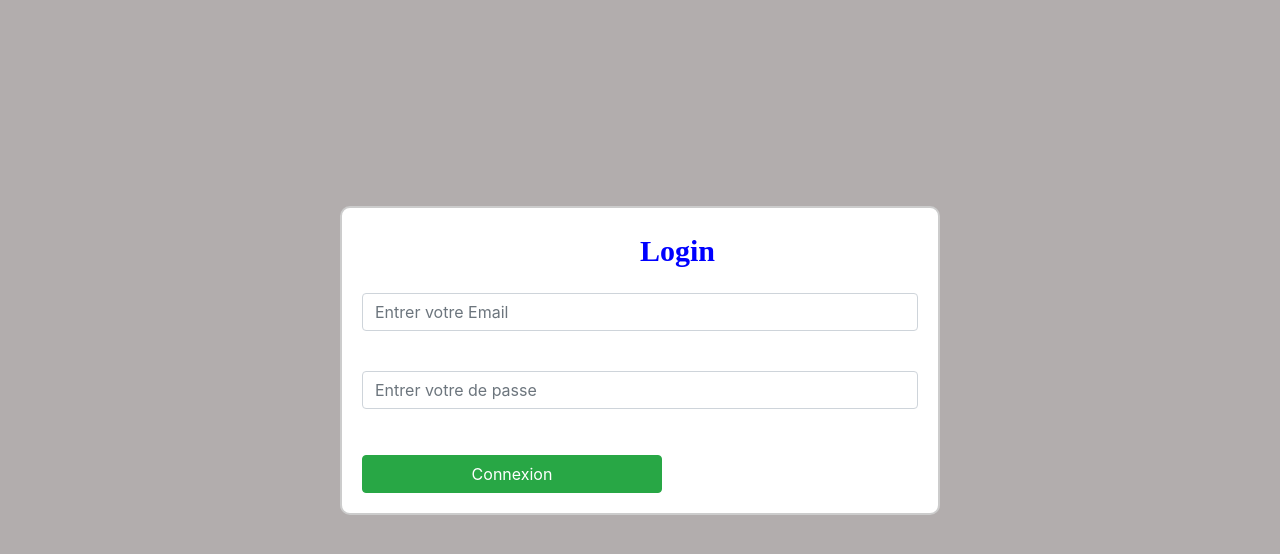
Repository: DiaryRz/FrontWeb
Page: /
These files come from the project's save history. The page is drawn as it stood at one moment and after a run of saves; the edit follows.
The browser window is 1280 px wide. The pictures show the whole page.
The project was rebuilt for these pictures with package versions that can differ from the ones it lists, and the page was loaded fresh each time. Also part of the build but not shown: src/component/css/Header.css, src/component/Header.jsx, src/page/css/AppAffichage.css, src/component/css/NavBar.css, src/component/NavBar.jsx, src/component/css/Model.css, src/component/InsertModel.jsx, src/page/AppAffichage.jsx and 26 more.

Above is the page before, as saved 2024-01-28 21:05:25.

After the next 2 saves:
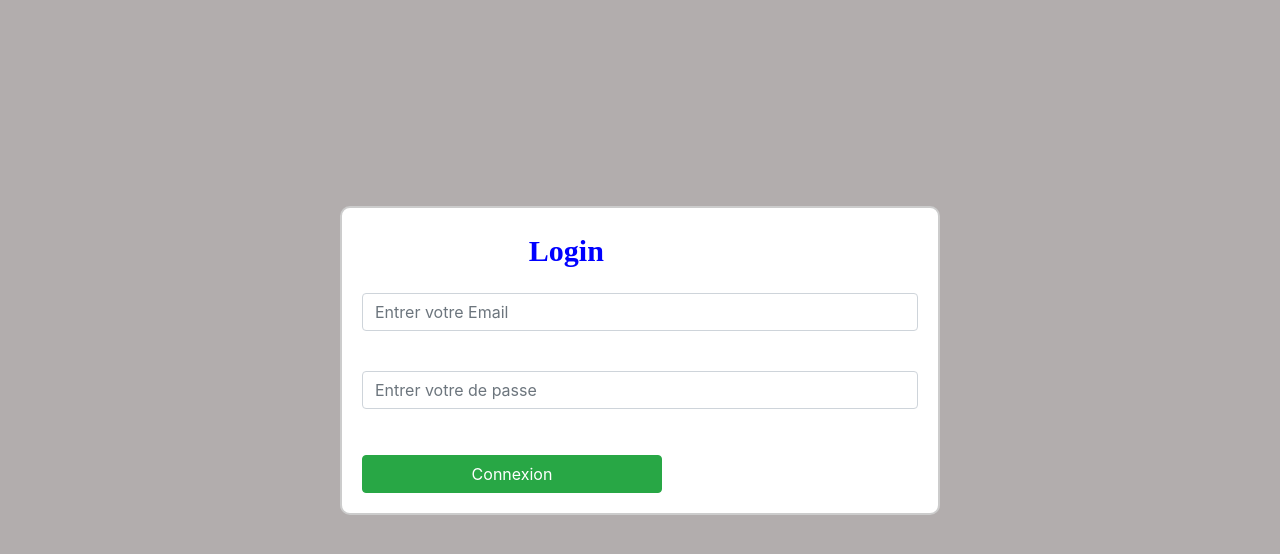
The 2 saves are shown as one change because they came seconds apart.
The last was saved 7 s later.
--- a/src/component/Login.js
+++ b/src/component/Login.js
@@ -57,7 +57,7 @@ const Login = () => {
         <form onSubmit={Inserer}>
            <div style={loginContainer}>
                     <form style={loginForm}>
-                        <div style={{ fontSize: '30px',fontFamily:'serif', marginBottom: '20px' ,color:'blue',marginLeft:'50%'}}><b>Login</b></div>
+                        <div style={{ fontSize: '30px',fontFamily:'serif', marginBottom: '20px' ,color:'blue',marginLeft:'30%'}}><b>Login</b></div>
                         <div className="mb-3">
                             <input type="email" className="form-control" placeholder="Entrer votre Email" value={nomUtilisateur} onChange={(e) => setnomUtilisateur(e.target.value)} />
                         </div>
